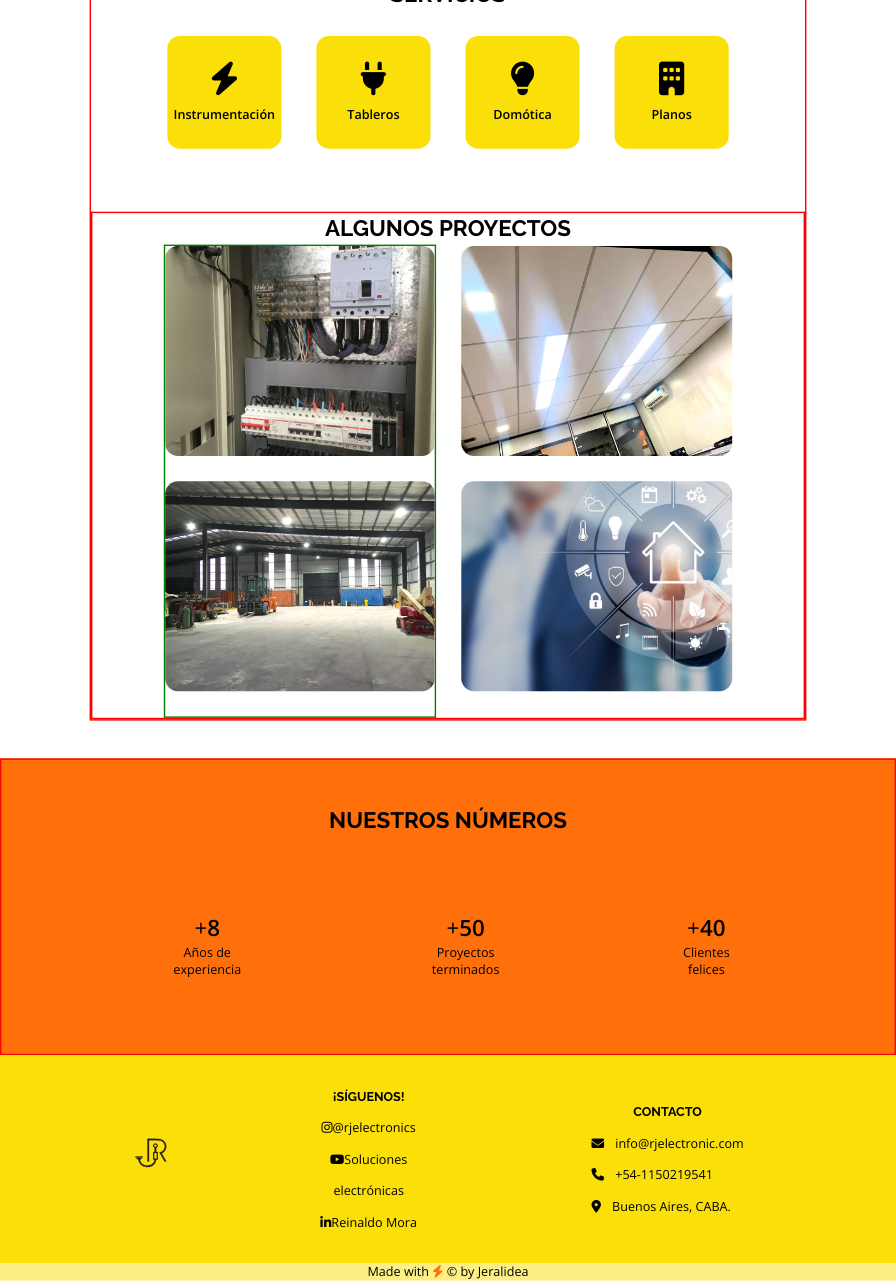
Repository: jeraldinnemg/rjelectronics
Page: index.html
These files come from the project's save history. The page is drawn as it stood at one moment and after the next save; the edit follows.
The browser window is 1280 px wide. The pictures show the part of the page from y = 678 to 2598 px (the page is 2508 px tall before and 2598 px after), at 70% of full size.
Some web libraries are served in a nearby version.

Above is the page before, as saved 2022-08-04 00:32:18.

### index.html
<!DOCTYPE html>
<html lang="en">
<head>
    <meta charset="UTF-8">
    <meta http-equiv="X-UA-Compatible" content="IE=edge">
    <meta name="viewport" content="width=device-width, initial-scale=1.0">
    <link rel="shortcut icon" href="img/favicon.png" type="image/x-icon">
    <!-- Google fonts -->
    <link rel="preconnect" href="https://fonts.googleapis.com">
    <link rel="preconnect" href="https://fonts.gstatic.com" crossorigin>
<link href="https://fonts.googleapis.com/css2?family=Open+Sans:wght@300;400;500;600&family=Raleway:wght@300;400;500;600;700;800&display=swap" rel="stylesheet">
<link rel="stylesheet" href="https://cdnjs.cloudflare.com/ajax/libs/font-awesome/6.1.1/css/all.min.css" integrity="sha512-KfkfwYDsLkIlwQp6LFnl8zNdLGxu9YAA1QvwINks4PhcElQSvqcyVLLD9aMhXd13uQjoXtEKNosOWaZqXgel0g==" crossorigin="anonymous" referrerpolicy="no-referrer" />
    <!-- Custom system -->
    <link rel="stylesheet" href="index.css">
    <script src="https://kit.fontawesome.com/05b8218d7f.js" crossorigin="anonymous"></script>


    <script src="navigation.js" defer></script>
    <script src="tabs.js" defer></script>
    <script src="counter.js" defer></script>

    <title>RJ Electronics</title>
</head>
<body>

    <!-- <link rel="stylesheet" href="https://maxcdn.bootstrapcdn.com/font-awesome/4.5.0/css/font-awesome.min.css">
    <a href="https://api.whatsapp.com/send?phone=541150219541&text=Hola%20RJelectronics%20tengo%20una%20consulta" class="float" target="_blank">
    <i class="fa fa-whatsapp my-float"></i>
    </a> -->

    <header class="primary-header">
        <div class="container row" style="border: 2px solid red">
            <a href="#">
                <img class="logo" width="50px" height="50px"src="img/logo.svg" alt="logo">
            </a>
            <button class="mobile-nav-toggle" aria-controls="primary-navigation"><span class="sr-only" aria-expanded="false">Menu</span></button>
            <nav>
                <ul class="primary-navigation flex" data-visible="false">
                    <li><a href="#inicio" class="uppercase text-dark ff-serif">Inicio</a></li>
                    <li><a href="#services" class="uppercase text-dark ff-serif">Servicios</a></li>
                    <li><a href="#projects" class="uppercase text-dark ff-serif">Proyectos</a></li>
                    <li><a href="#contact" class="uppercase text-dark ff-serif">Contacto</a></li>
                </ul>
            </nav>
        </div>
    </header>

    <section class="hero" id="inicio" >
        <div class="container row" style="border: 2px solid red">
            <!-- CTA-1 -->
            <article class="a-self" id="lampara-tab" role="tabpanel" tabindex="0">
                <h1 class="ff-serif fs-700">Ofrecemos Soluciones Electrónicas Integrales</h1>
                <p class="ff-sans fs-400">Diseñamos y construimos una solución para cualquier necesidad, falla o problema electrónico industrial, comercial o residencial.</p>
                <a href="https://api.whatsapp.com/send?phone=541150219541&text=Hola%20RJelectronics%20tengo%20una%20consulta" class="button" target="_blank"><span>Me interesa</span></a>
            </article>
            <!-- CTA-2 -->
            <article hidden class="a-self" id="destornillador-tab" role="tabpanel" tabindex="0">
                <h2 class="ff-serif fs-700">Creamos espacios luminosos a tu medida</h2>
                <p class="ff-sans fs-400">Nos encargamos de calcular los lumens necesarios para que obtengas un espacio con luz de calidad.</p>
                <a href="https://api.whatsapp.com/send?phone=541150219541&text=Hola%20RJelectronics%20tengo%20una%20consulta" class="button" target="_blank"><span>Ver más</span></a>
            </article>
            <!-- CTA-3 -->
            <article hidden class="a-self" id="interruptor-tab" role="tabpanel" tabindex="0">
                <h2 class="ff-serif fs-700">Creamos ambientes inteligentes</h2>
                <p class="ff-sans fs-400">Nos encargamos de automatizar espacios y lugares de manera fácil y rápida.</p>
                <a href="https://api.whatsapp.com/send?phone=541150219541&text=Hola%20RJelectronics%20tengo%20una%20consulta" class="button" target="_blank"><span>Me interesa</span></a>
            </article>
            <picture class= "hero__image" id="lampara-image">
                <img src="img/lampara.png" alt="lampara" >
            </picture>
            <picture class= "hero__image" hidden id="destornillador-image">
                <img src="img/destornillador.png" alt="destornillador">
            </picture>
            <picture class= "hero__image" hidden id="interruptor-image">
                <img src="img/interruptor.png" alt="interruptor">
            </picture>
        </div>
        <!-- Dots -->
       <div class="dot-indicators flex" role="tablist" aria-label="services list">
            <button aria-selected="true" aria-controls="lampara-tab" data-image="lampara-image" role="tab" tabindex="0"><span class="sr-only">Lampara</span></button>
            <button aria-selected="false" aria-controls="destornillador-tab" data-image="destornillador-image" role="tab" tabindex="-1"><span class="sr-only">destornillador</span></button>
            <button aria-selected="false" aria-controls="interruptor-tab" data-image="interruptor-image" role="tab" tabindex="-1"><span class="sr-only">Interruptor</span></button>
        </div>
    </section>
    <main class="container" style="border: 2px solid red">
        <section class="services" id="services">
            <h2 class="ff-serif fs-600 uppercase">Servicios</h2>
            <div class="container row">
                <article class="card flex">
                    <i class="fa-solid fa-bolt fs-700"></i>
                    <div class="card-body">
                        <h2 class="card-title fs-400">Instrumentación</h2>
                    </div>
                </article>
                <article class="card flex">
                    <i class="fa-solid fa-plug fs-700 "></i>
                    <div class="card-body">
                        <h2 class="card-title fs-400">Tableros</h2>

                    </div>
                </article>
                <article class="card flex">
                    <i class="fa-solid fa-lightbulb fs-700"></i>
                    <div class="card-body">
                        <h2 class="card-title fs-400">Domótica</h2>

                    </div>
                </article>
                <article class="card flex">
                    <i class="fa-solid fa-building  fs-700"></i>
                    <div class="card-body">
                        <h2 class="card-title fs-400">Planos</h2>

                    </div>
                </article>
        </div>
        </section>
        <section class="projects" id="projects" style="border: 2px solid red">
            <h2 class="ff-serif fs-600 uppercase">Algunos Proyectos</h2>
            <div class="container row">
            <div class="container  projects-container" style="border: 2px solid green">
                <article class="project" style="background-image: url('img/servicio-electricidad.JPG')">
                    <div class="project-overlay">
                    <h2 class="overlay-text fs-500 uppercase" >Tablero eléctrico</h2>
                    </div>
                </article>
                <article class="project" style="background-image: url('img/trabajos-iluminacion-galpon.JPG')">
                    <div class="project-overlay">
                        <h2 class="overlay-text fs-500 uppercase">Iluminación industrial</h2>
                    </div>
                </article>
            </div>
            <div class="container projects-container">
                <article class="project" style="background-image: url('img/iluminacion-oficinas.jpeg') ">
                    <div class="project-overlay">
                        <h2 class="overlay-text fs-500 uppercase">Iluminación de oficina</h2>
                    </div>
                </article>
                <article class="project" style="background-image: url('img/servicios-domotica.jpg') ">
                    <div class="project-overlay">
                        <h2 class="overlay-text fs-500 uppercase">Domótica en casa</h2>
                    </div>
                </article>
            </div>
            </div>
        </div>
        </section>
    </main>

   <section class="statics" style="border: 2px solid red">
        <h2 class="ff-serif fs-600 uppercase">Nuestros números</h2>
        <div class="container row" >
            <div class="container static">
                <span class="character fs-600">+</span><span class="counter character fs-600 fw-600 hide" data-target="8"></span>
                <p class="fs-400">Años de experiencia</p>
            </div>
            <div class="container static">
                <span class="character fs-600">+</span><span class="counter character fs-600 fw-600 hide" data-target="50"></span>
                <p class="fs-400">Proyectos terminados</p>
            </div>
            <div class="static">
                <span class="character fs-600">+</span><span class="counter character fs-600 fw-600 hide" data-target="40"></span>
                <p class="fs-400">Clientes felices</p>
            </div>
    </div>
    </section>

    <footer class= "row"id="contact">
        <div class="container row">
        <a href="#">
            <img class="logo" width="50px" height="50px"src="img/logo.svg" alt="logo">
        </a>
        <div class="contact">
            <h3 class="ff-serif fs-400 uppercase">¡Síguenos!</h3>
            <div class=""><i class="fa-brands fa-instagram"></i><a href="https://www.instagram.com/" class="text-dark  fs-400 ff-sans fw-200"  target="_blank">@rjelectronics</a></div>
            <div class=""><i class="fa-brands fa-youtube"></i><a href="https://www.youtube.com/" class="text-dark fs-400 ff-sans fw-200"  target="_blank">Soluciones electrónicas</a></div>
            <div class=""><i class="fa-brands fa-linkedin-in"></i><a href="https://www.linkedin.com/in/ingreinaldomora/" class="text-dark fs-400 ff-sans fw-200" target="_blank" >Reinaldo Mora</a></div>

        </div>
        <div class="contact">
            <h3 class="ff-serif fs-400 uppercase" >Contacto</h3>
            <div class="flex a-item"><i class="fa-solid fa-envelope"></i><p class="fs-400 ff-sans fw-200">info@rjelectronic.com</p></div>
            <div class="flex a-item"><i class="fa-solid fa-phone"></i><p class="fs-400 ff-sans">+54-1150219541</p></div>
            <div class="flex a-item"><i class="fa-solid fa-location-dot"></i><p class="fs-400 ff-sans">Buenos Aires, CABA.</p></div>
        </div>
    </div>
    </footer>

    <div class="copyright">Made with <i class="fa-solid fa-bolt"></i> © by Jeralidea</div>

</body>
</html>

### index.css
/* ----------------------- */
/* --Custom properties---- */
/* ----------------------- */

:root {
   /*colors*/
   --clr-dark: 0 0% 0%;
   --clr-main: 53 97% 51%;
   --clr-secondary: 25 100% 52%;
   --clr-white: 0 0% 100%;

/*font-sizes*/
--fs-1100: 9.375rem; /*150x*/
--fs-1000: 6.25rem; /*100px*/
--fs-900: 4.5rem; /*72px*/
--fs-800: 3.5rem; /*56px*/
--fs-700: 3rem; /*48px*/
--fs-600: 2rem; /*32px*/
--fs-500: 1.75rem; /*28px*/
--fs-400: 1.125rem; /*18px*/
--fs-300: 1rem; /*16px*/
--fs-200: 0.875rem; /*14px*/

/*font-family*/
--ff-serif: "Raleway", serif;
--ff-sans: "Open sans", sans-serif;


}

.uppercase {
    text-transform: uppercase;
}

/* -------------- */
/* -----RESET---- */
/* -------------- */

*,
*::before,
*::after {
    box-sizing: border-box;
}

/* Reset margins */
h1,
h2,
h3,
h4,
h5,
body,
p,
picture,
figure {
    margin:0;
}

/* Set up the body  */

html{
    height: -webkit-fill-available;
    scroll-behavior: smooth;
}

body {
    font-family: var(--ff-sans);
    font-size: var(--fs-400);
    color:hsl(var(--clr-dark));
    height: 100vh;
    line-height: 1.4;
    min-height: 100vh;

    display: grid;
    grid-template-rows: min-content 1fr;

    overflow-x:hidden;
}

/* Make images easier to work */
img,
picture {
    max-width: 100%;
}

/* Make form elements easier to work*/
input,
select,
button,
textarea {
    font: inherit;
}

/* Remove all animations, transitions and smooth scroll for people that prefer not to see them (Accesibility Recourse piccali.li*/
@media (prefers-reduced-motion: reduce) {
    html:focus-within {
     scroll-behavior: auto;
    }

    *,
    *::before,
    *::after {
      animation-duration: 0.01ms !important;
      animation-iteration-count: 1 !important;
      transition-duration: 0.01ms !important;
      scroll-behavior: auto !important;
    }
  }

/* ------------------ */
/* -UTILITY CLASES-- */
/* ----------------- */

.flex {
    display: flex;
    gap: var(--gap, 1rem);
}

.grid {
    display: grid;
    gap: var(--gap, 1rem);
}

.a-self{
    align-self: center;
}

.a-item{
    align-items: center;
}


.container {
    width: 80%;
    max-width: 1200px;
    margin:0 auto;
}

.col {
    width:100%
}

header {
    background-color: var(--clr-dark);
    text-align: center;
}

header >div{
    display: flex;
}

.logo{
    margin: 1.5rem 0;
}

.nav {
    width: 100%;
}

.dot-indicators{
    justify-content: center;
}

.hero{
    margin-top: 2em;
}


.sr-only {
    position: absolute;
    width: 1px;
    height: 1px;
    padding: 0;
    margin: -1px;
    overflow: hidden;
    border: 0;
}

/*Colors */

.bg-dark { background-color: hsl(var(--clr-dark));}
.bg-yellow {background-color: hsl(var(--clr-yellow));}
.bg-white { background-color: hsl(var(--clr-white));}

.text-dark { color: hsl(var(--clr-dark));}
.text-dark { color: hsl(var(--clr-dark));}
.text-dark { color: hsl(var(--clr-dark));}

/*Typography */

.ff-serif {font-family: var(--ff-serif);}
.ff-sans {font-family: var(--ff-sans);}

.letter-spacing-1  {letter-spacing: 4.75px;}
.letter-spacing-2  {letter-spacing: 2.7px;}
.letter-spacing-1  {letter-spacing: 2.35px;}

.fs-900 {font-size: var(--fs-900);}
.fs-800 {font-size: var(--fs-800);}
.fs-700 {font-size: var(--fs-700);}
.fs-600 {font-size: var(--fs-600);}
.fs-500 {font-size: var(--fs-500);}
.fs-400 {font-size: var(--fs-400);}
.fs-300 {font-size: var(--fs-300);}
.fs-200 {font-size: var(--fs-200);}

.fw-400 {font-weight: 400;}
.fw-500 {font-weight: 500;}
.fw-600 {font-weight: 600;}

/* General */

.flex {
    display: flex;
    gap: var(--gap, 1rem);
}

.flex.even-columns > * {
    width: 100%;
}

.grid {
    display: grid;
    gap: var(--gap, 1rem);
}

.d-block {
    display: block;
}



/* ----------------- */
/* ---COMPONENT----- */
/* ----------------- */

/* Primary header */

.logo{
    margin: 1.5rem clamp(1.5rem, 5vw, 4rem);
}

.primary-header{
    align-items:center;
    justify-content: space-between;
    background-color: hsl(var(--clr-main));
}


.primary-navigation{
    --gap: clamp(1.5rem, 5vw, 3.5rem);
    list-style: none;
    text-decoration: none;
    padding: 0;
    margin:0;
}

.primary-navigation a{
    text-decoration: none;
    margin-right: 1em;
}

.mobile-nav-toggle{
    display: none;
}

@media(max-width:35em){
    .primary-navigation{
        --underline-gap: 0.5rem;
        position: fixed;
        inset: 0 0 0 20%;
        z-index:1000;
        padding: min(20rem, 15vh);
        margin:0;
        z-index:1000;
        list-style: none;
        flex-direction: column;
        background-color: hsl(var(--clr-main));
        transform: translateX(100%);
        transition: transform ease-in-out;

    }

    .primary-navigation[data-visible='true']{
        transform: translateX(0);
    }

    .mobile-nav-toggle {
        display: block;
        position: absolute;
        z-index:2000;
        right: 3rem;
        top: 2rem;
        background: transparent;
        background-image: url(img/icon-hamburger.svg);
        background-repeat:no-repeat;
        background-position: center;
        width: 1.5rem;
        aspect-ratio:1;
        border: 0;
        cursor: pointer;
    }

    .mobile-nav-toggle[aria-expanded='true']{
        background-image: url(img/icon-close.svg);
    }

    .mobile-nav-toggle:focus-visible{
        outline:5px solid white;
        outline-offset: 5px;
    }

    .contact >div{
        text-align: center;
    }
}

@media (min-width: 35em){
    .primary-navigation, .contact{
        padding-inline: clamp(3rem, 7vw, 7rem);
    }

}

@media(min-width: 45em){
    .primary-navigation{
        margin-block:2rem;
    }
}


/* ---------- */
/* --BUTTON-- */
/* --------- */

 .button {
    display: inline-flex;
	background: hsl(var(--clr-dark));
    padding: 1em 2em;
    border-radius: 2em;
    color: hsl(var(--clr-white));
	position: relative;
    text-decoration: none;
    transition: 0.3s ease all;
	position:relative;
	overflow:hidden;
    margin-top: 1.5em;
}

.button span {
	position:relative;
	z-index:2;
	transition: 0.3s ease all;
}

.button::after {
	content: "";
	width: 100%;
	height:100%;
	background: hsl(var(--clr-secondary));
	position: absolute;
	z-index: 1;
	top: -80px;
	left: 0;
	transition: 0.3s ease-in-out all;
}

.button:hover::after{
	top:0;
	}

/* ---------- */
/* -- DOTS -- */
/* ---------- */

.dot-indicators > * {
        cursor: pointer;
        border: 0;
        border-radius: 50%;
        padding: .5em;
        background-color: hsl(var(--clr-dark)/ .25) ;
 }

.dot-indicators > *:hover,
.dot-indicators > *:focus {
        background-color: hsl(var(--clr-secondary)/ .5);
    }

.dot-indicators > [aria-selected="true"] {
        background-color: hsl( var(--clr-secondary) / 1);
    }

/* ---------- */
/* Card     */
/* --------- */
.card{
    background-color: hsl( var(--clr-main));
    flex-direction: column;
    align-items: center;
    padding: 2em 4em;
    margin: 2em 0em;
    border-radius: 1em;
}

i:hover{
    color: hsl( var(--clr-secondary));
}

.services, .projects, .statics{
    text-align: center;
    margin-top: 3em;
}

/* -------------------------*/
/* -------PROJECTS -------- */
/* -------------------------*/

.projects-container >article{
    position: relative;
    min-height: 300px;
    background-size: cover;
    background-repeat: no-repeat;
    background-position: center center;
    border-radius: 1em;
    margin-bottom: 2em;
}

.projects .project .project-overlay{
    width: 0%;
	height: 100%;
	position: absolute;
	bottom: 0;
	left: 0;
	right: 0;
	background: hsl( var(--clr-main));
	overflow: hidden;
    border-radius: 1em;
	transition: .5s ease;
}

.projects .project:hover .project-overlay {
    width: 100%;
    opacity: 0.8;
}

.overlay-text {
	top: 50%;
	left: 50%;

	position: absolute;
	white-space: nowrap;
	color: hsl(var(--clr-dark));
	transform: translate(-50%, -50%);
	overflow: hidden;
	border-top: 1px solid #fff;
	border-bottom: 1px solid #fff;
}

/* -------------------------*/
/* -------STATICS --------- */
/* -------------------------*/

.statics {
    background-color: hsl( var(--clr-secondary));

}

.statics >h2{
    margin-top: 2em;
}

.static{
    padding: 2em 4em;
    margin: 4em 2em;
}

.character {
    color: hsl( var(--clr-dark));
}

/* -------------------------*/
/* -------FOOTER ---------- */
/* -------------------------*/

footer{
    background-color: hsl( var(--clr-main));
    color: hsl( var(--clr-dark));
    padding: 2em 0em;
    text-align: center;
    line-height: 2.5em;

    flex-direction: column;
    align-items:center;
    justify-content: space-between;
}

.copyright {
    text-align: center;
    background-color: hsl( var(--clr-main)/0.5);
}

.copyright i {
    color: hsl( var(--clr-secondary));
}

footer a {
    text-decoration: none;
    list-style: none;
}

/* -------------------------*/
/* -------Whataspp--------- */
/* -------------------------*/

.float{
	position:fixed;
	width:60px;
	height:60px;
	bottom:40px;
	right:40px;
	background-color:#25d366;
	color:#FFF;
	border-radius:50px;
	text-align:center;
  font-size:30px;
	box-shadow: 2px 2px 3px #999;
  z-index:100;
}

.float:hover {
	text-decoration: none;
	color: #25d366;
  background-color:#fff;
}

.my-float{
	margin-top:16px;
}

/* -------------------------*/
/* -------COUNTER----------- */
/* -------------------------*/

@keyframes show {
    0% {
        opacity: 0.5;
        transform: translateY(100px);
    }
    100% {
        opacity: 1;
        transform: translateY(0);
    }
}

.hide {
    opacity: 0%;
}

.animate{
    animation: show 1.3s;
}

/* -------------------------*/
/* -------LAYOUT----------- */
/* -------------------------*/

.grid-container {
    display: grid;
    text-align: center;
    place-items:center;
    padding-inline: 1rem;
}

@media (min-width: 35em){

}

@media (min-width: 45em){
    .row {
        display: flex;
        align-items: center;
        justify-content: space-around;
    }

    .grid-container {
        text-align: left;
        column-gap: var(--container-gap, 2rem);
        grid-template-columns: minmax(1rem, 1fr)
        repeat (2, minmax((0, 30rem)) minmax(1rem, 1fr));
    }

    .container {
        flex-direction: row;
        gap: 2em;
    }

    .hero__image{
        max-width: 40%;
    }

    .card {
        max-width: 20%;
    }

    .projects-container article:last-child {
        margin-top: 2em;
     }



    footer{
        flex-direction: row;
        justify-content: space-between;
        align-items: center;
    }

}

### navigation.js
// javascript

const nav = document.querySelector(".primary-navigation");
const navToggle = document.querySelector('.mobile-nav-toggle');


// when someone clicks the hamburguer button

navToggle.addEventListener('click', () => {

// if the nav is closed, open it

    const visibility = nav.getAttribute("data-visible");

    if (visibility === 'false') {
        nav.setAttribute('data-visible', true);
        navToggle.setAttribute('aria-expanded', true);
    } else {
        nav.setAttribute('data-visible', false);
        navToggle.setAttribute('aria-expanded', false);

    }
});

Loaded but not shown: tabs.js (74 lines, source omitted); counter.js (47 lines, source omitted)

After the next save:
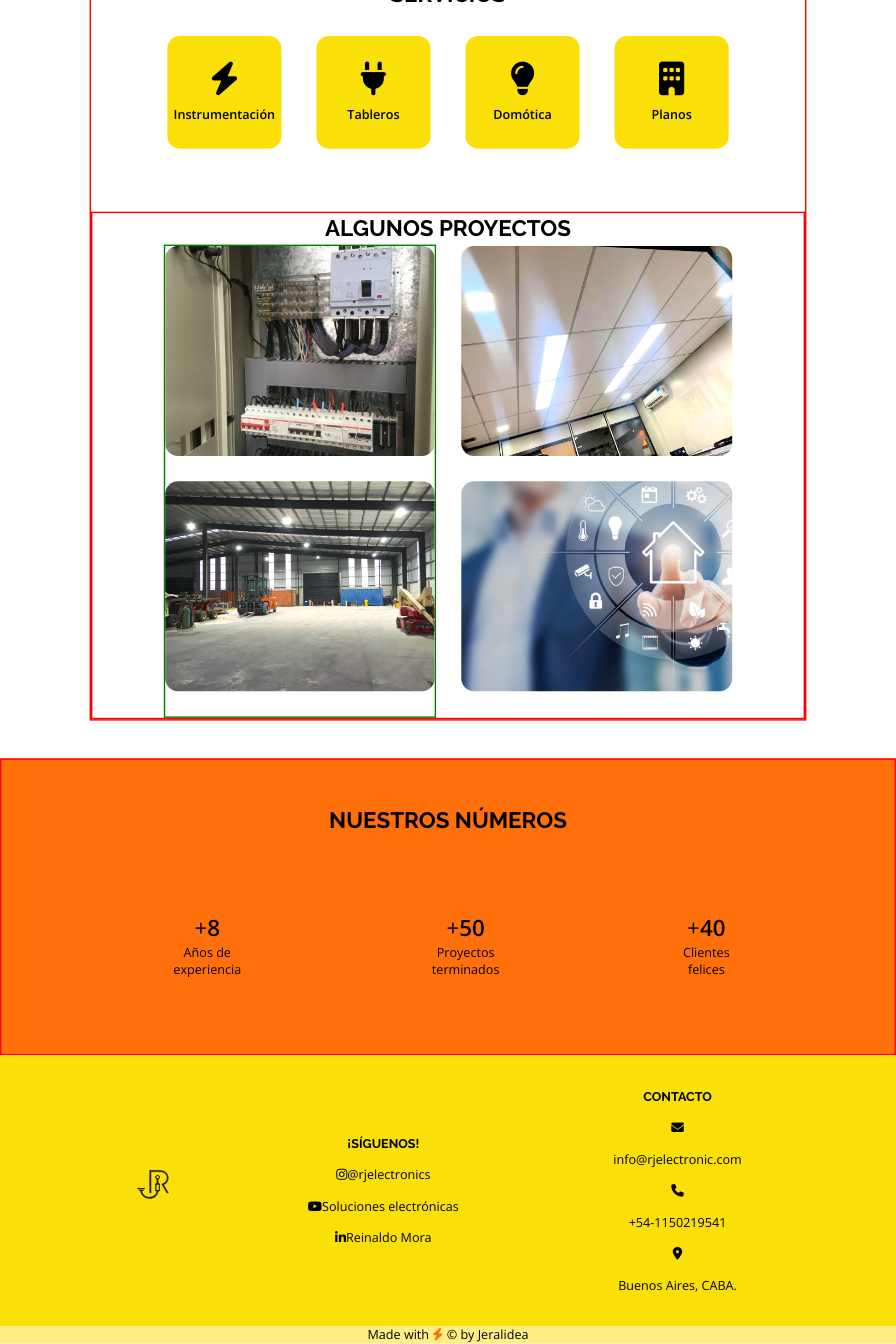
Saved 39 s later.
--- a/index.html
+++ b/index.html
@@ -179,9 +179,9 @@
         </div>
         <div class="contact">
             <h3 class="ff-serif fs-400 uppercase" >Contacto</h3>
-            <div class="flex a-item"><i class="fa-solid fa-envelope"></i><p class="fs-400 ff-sans fw-200">info@rjelectronic.com</p></div>
-            <div class="flex a-item"><i class="fa-solid fa-phone"></i><p class="fs-400 ff-sans">+54-1150219541</p></div>
-            <div class="flex a-item"><i class="fa-solid fa-location-dot"></i><p class="fs-400 ff-sans">Buenos Aires, CABA.</p></div>
+            <div class=""><i class="fa-solid fa-envelope"></i><p class="fs-400 ff-sans fw-200">info@rjelectronic.com</p></div>
+            <div class=""><i class="fa-solid fa-phone"></i><p class="fs-400 ff-sans">+54-1150219541</p></div>
+            <div class=""><i class="fa-solid fa-location-dot"></i><p class="fs-400 ff-sans">Buenos Aires, CABA.</p></div>
         </div>
     </div>
     </footer>
